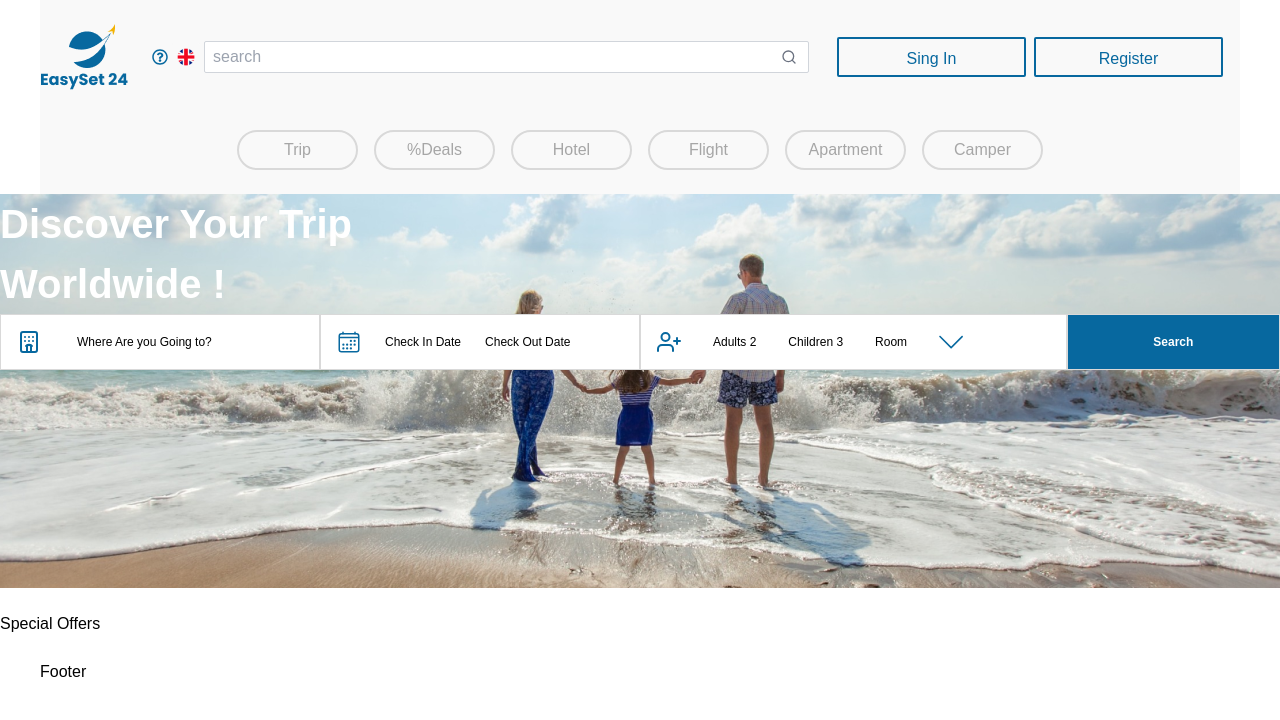
Repository: Quynhhuong150322/DIKO_STUDY_TRAVEL_WEB
Page: /
The author's editor kept a copy of each file at every save. The page is drawn from the files as they stood at one save, then again after the next save.
The browser window is 1280 px wide. The pictures show the whole page.
The project was rebuilt for these pictures with package versions that can differ from the ones it lists, and the page was loaded fresh each time. Also part of the build but not shown: src/components/Login.js, src/components/Register.js. Imported but missing from the stored project, and not drawn on this page: src/redux/slices/authSlice.

Above is the page before, as saved 2024-02-23 09:28:01.

After the next save:
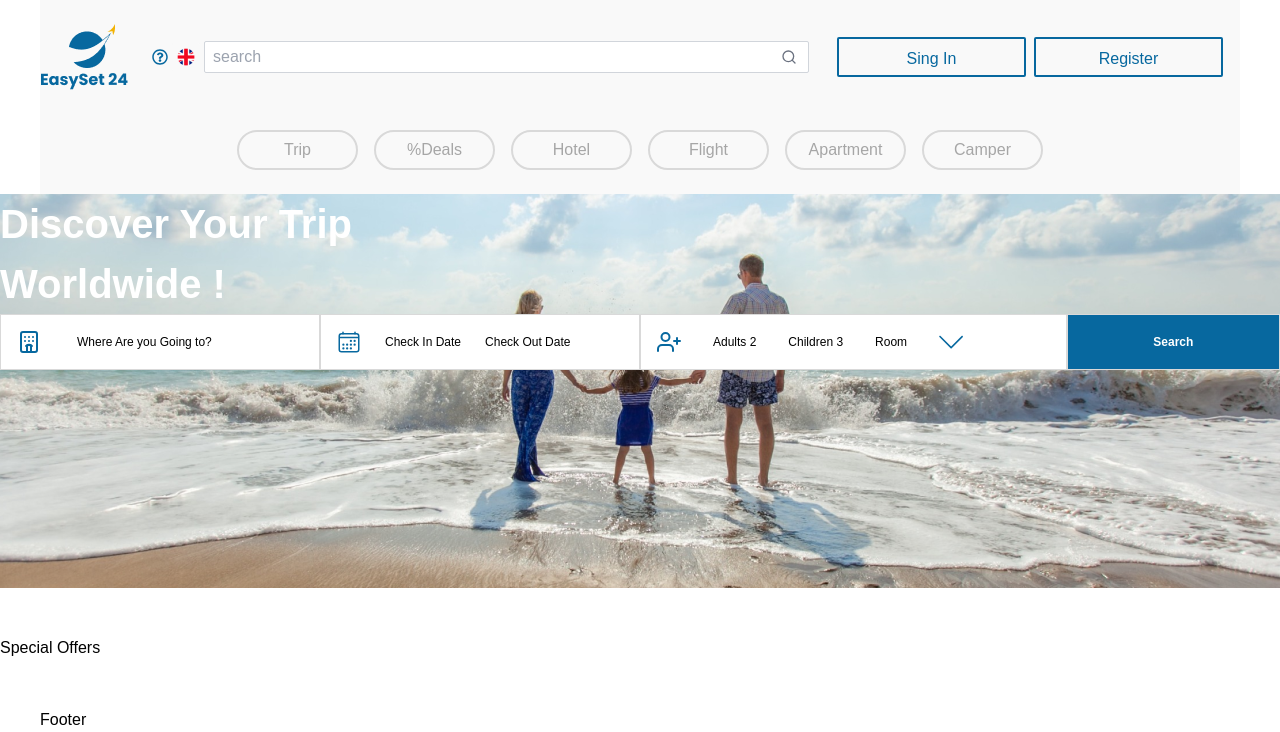
Saved 34 s later.
--- a/src/pages/LangdingPage/Langding.js
+++ b/src/pages/LangdingPage/Langding.js
@@ -60,7 +60,7 @@ const Langding = () => {
         </div>
       </div>
       {/* Special Offers */}
-      <div className='max-contrainer py-6'>
+      <div className='max-contrainer py-12'>
         <div className=''>
           <h2>Special Offers</h2>
         </div>
